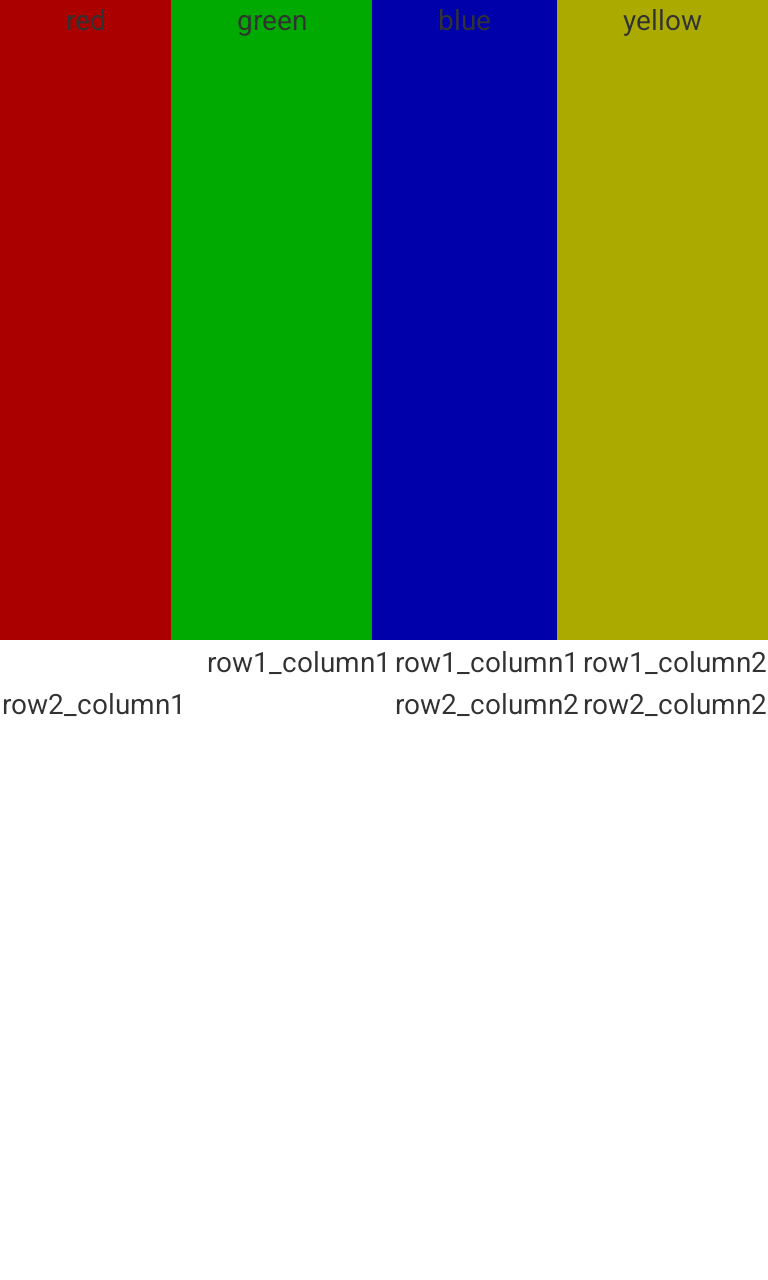
Repository: HouJun11220033/Android
Layout: Layout_04/res/layout/second.xml
The author's editor kept a copy of each file at every save. The layout is drawn from the files as they stood at one save, then again after the next save.
It is drawn on a 768 x 1280 px phone screen (xhdpi) without system bars, with theme AppTheme; the app's code is not run.

Above is the layout before, as saved 2016-09-15 16:14:22.

After the next save:
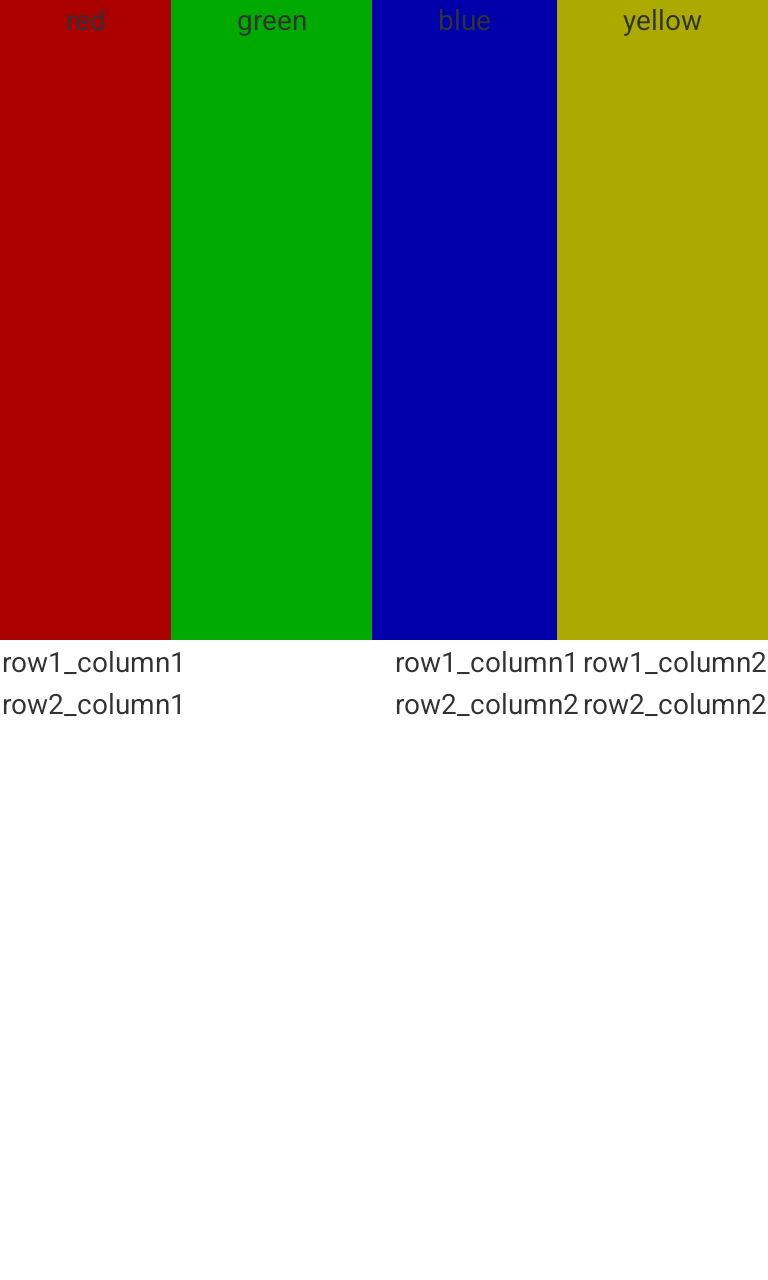
Saved 6 s later.
--- a/Layout_04/res/layout/second.xml
+++ b/Layout_04/res/layout/second.xml
@@ -57,7 +57,7 @@
             <TableRow>
 
                 <TextView
-                    android:gravity="right"
+                    android:gravity="left"
                     android:padding="1dip"
                     android:text="@string/row1_column1" />
 
